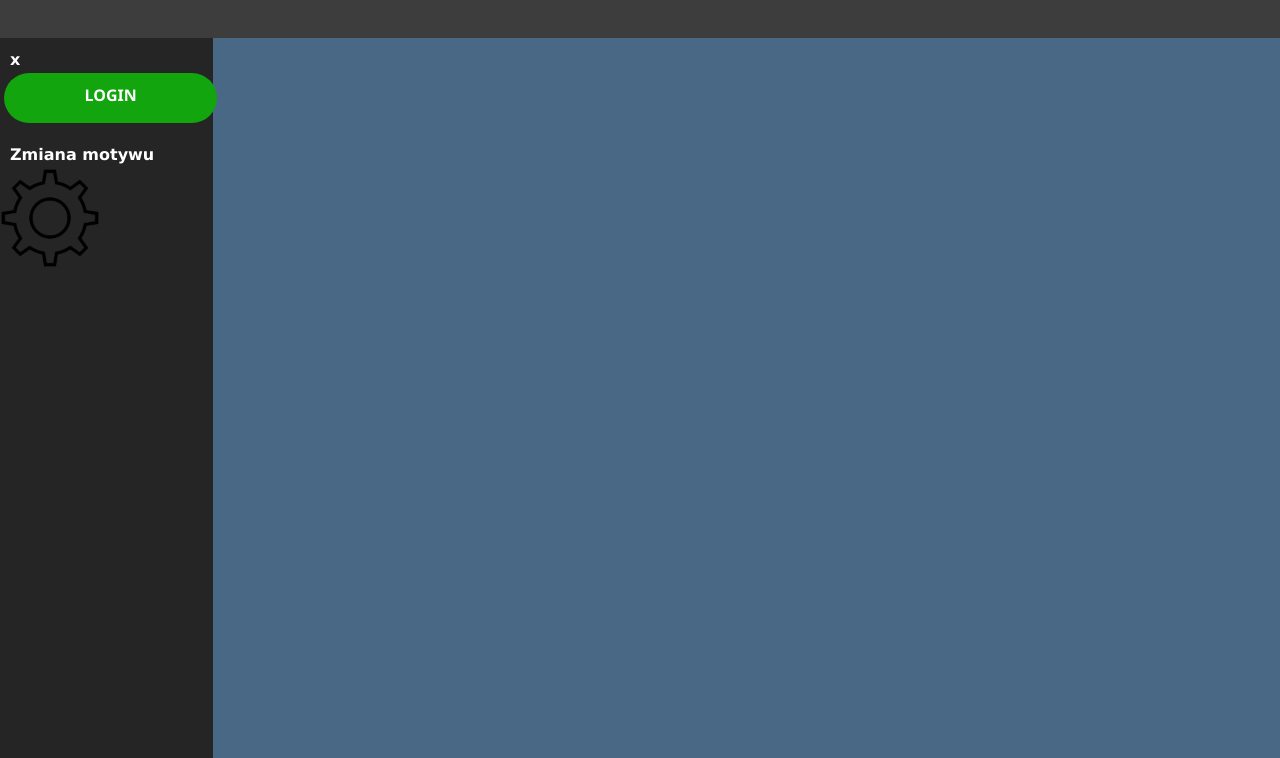
Repository: K4ziWolf/kazi
Page: /, after clicking the first element matching `button.btn`
An editor plug-in stored every save of this project. The page is shown before and after the next save, followed by the edit.
The browser window is 1280 px wide. The pictures show the whole page.
The project was rebuilt for these pictures with package versions that can differ from the ones it lists, and the page was loaded fresh each time. Also part of the build but not shown: vue.config.js, src/components/login_screen.vue, src/components/option_screen.vue.

Above is the page before, as saved 2023-10-20 22:37:54.

### src/App.vue
<template>
<body>
  <section>
  <div id="container" class="col-md-12">
    <div class="d-flex flex-column text-white" style="background-color: rgb(61, 61, 61) ">
    <div class="x-btn">
      <button class="btn btn-outline-secondary" v-bind:class="open_menu_button " @click="showMenuScreen" >
        Pokaż menu
      </button>
      <menu_screen v-if="isMenuScreenVisible" @hide-menu-screen="hideMenuScreen" @show-login-screen="showLoginScreen" @change-theme="changeTheme" @option-open="optionOpener">
      </menu_screen>

    <div> <!--menu_scree i login_screen odpowiedzialne są za pokazywanie się tych komponentów-->
      <login_screen v-if="isLoginScreenVisible" @hide-login-screen="hideLoginScreen">
      </login_screen>
    </div>
    <option_screen v-if="isOptionScreenVisible" @hide-option-screen="HideOptionScreen">
      </option_screen>
  </div>
  </div>
  </div>
  </section>
</body>
</template>

<script>
import menu_screen from './components/menu_screen.vue';
import login_screen from './components/login_screen.vue';
import option_screen from './components/option_screen.vue';
export default {
  components: {
    menu_screen,
    login_screen,
    option_screen,
  },
  data() {
    return {
      open_menu_button: "show",
      open_login_button: "show",
      isLoginScreenVisible: false,
      isMenuScreenVisible: false,
      changecolor:0,
      isOptionScreenVisible: false,
    };
  },
  methods: {
    optionOpener(){
      this.isOptionScreenVisible = true;
    },
    HideOptionScreen(){
      setTimeout(() => {
      this.isOptionScreenVisible = false;
      }, 1000);
    },
    changeTheme() {
        this.changecolor += 1;
      if (this.changecolor % 2 === 0) {
        document.body.style.backgroundColor = 'blue';
      } else {
        document.body.style.backgroundColor = 'red';
      }
    },
    showMenuScreen() { //funkcja pokazująca menu
      this.isMenuScreenVisible = true;
      this.open_menu_button = "hidden";
      this.open_login_button = "show";
    },
    hideMenuScreen() {
      setTimeout(() => { //timeout aby animacja była płynna
        this.open_menu_button = "show";
        this.isMenuScreenVisible = false;
      }, 1200);
    },
    showLoginScreen() {
      this.isLoginScreenVisible = true;
      setTimeout(() => {
      this.isMenuScreenVisible = false;
      }, 1000);
    },
    hideLoginScreen() {
      setTimeout(() => {
        this.open_login_button = "show";
        this.open_menu_button ='show'
        this.isLoginScreenVisible = false;
      }, 1500);
    },
  },
};
</script>

<style>
@import '/src/style.css';

#app {
  font-family: Avenir, Helvetica, Arial, sans-serif;
  -webkit-font-smoothing: antialiased;
  -moz-osx-font-smoothing: grayscale;
  text-align: center;
  color: #2c3e50;
}
.show {
  opacity: 1;
  animation: show_button 0.4s;
}
@keyframes show_button {
  from {
    opacity: 0;
  }
  to {
    opacity: 1;
  }
}
.hidden {
  animation: hide_button 0.4s;
  opacity: 0;
}
@keyframes hide_button {
  from {
    opacity: 1;
  }
  to {
    opacity: 0;
  }
}
body { /*testy moje do zmiany */
  height: 100%;
  width: 100%;
  background-color: rgb(127, 247, 207);
}
.x-btn {
  background-color: rgb(61, 61, 61);

}
.xd-btn {
  text-decoration: none;
  border: none;
  font-family: Verdana, Geneva, Tahoma, sans-serif;
  background-color: #2c3e50;
  border-bottom-left-radius: 25px;
  border-bottom-right-radius: 25px;
  color: white;
  font-weight: bolder;

}
html {
  background-color: #496886;
}
</style>

### src/style.css
template {
    background-color: aqua;
}

### src/components/menu_screen.vue
<template>
     <div class="holder-ten1 col-sm-2" id="menu_holder" :class="menu_box_show">
    <div class="pole-exit-btn" id="Exit_menu_button">
      <button class="exit-baton" id="menu_exit_button" @click="hideMenuScreen">
        x
      </button>
      <button class="baton" id="poka-login" v-bind:class="open_login_button" @click="showLoginScreen">
        LOGIN
      </button>
      <button id="change_theme_btn" v-bind:class="change_theme_btn" @click="changeTheme">
        Zmiana motywu
      </button>
      <div id="gear_icon_box">
        <img
          v-bind:class="open_option_button"
          src="../assets/gear_icon.png"
          alt="Gear Icon"
          @mouseenter="openOptionButtonEnter"
          @mouseleave="openOptionButtonLeave"
          @click="open_options"
        />
      </div>
    </div>
  </div>
  </template>

  <script>
  export default {
    data() {
      return {
        menu_box_show: "show",
        open_option_button: "unanimated",
        change_theme_btn:"bright",
      };
    },
    methods: {
      open_options(){
        this.$emit('option-open');

      },
      changeTheme() {
        if (this.change_theme_btn === 'dark') {
          this.change_theme_btn = 'bright';
        } else {
          this.change_theme_btn = 'dark';
        }
          this.$emit('change-theme');
      },
      hideMenuScreen() {
        this.$emit('hide-menu-screen');
        this.menu_box_show = "hide";
      }, //emit to event, czyli wysłanie do komponenta rodzica komendy wywołania funckji w tym przypadku hideMenuScreen
      showLoginScreen() {
        this.menu_box_show = "hide";
        setTimeout(() => {
          this.$emit('show-Login-Screen');
        }, 200); //opóźnienie dla dobra animacji chyba tak mi się wydaje dawno temu to pisałem
      },
      openOptionButtonEnter() {
        this.open_option_button = "animated";
      },
      openOptionButtonLeave(){
        this.open_option_button = "unanimated";
      },
    },
  };
  </script>
  <style scoped>  /* scoped dotyczy tylko tego dokumentu */
.show {
  animation: show_animation 1s ease-in-out;
}
button{
  padding-top: 10px;
  margin-left: 4px;
  margin-right: 4px;
}
@keyframes show_animation {
  from {
    opacity: 0;
    transform: translate3d(-40%, 0, 0);
  }
  to {
    opacity: 1;
    transform: translate3d(0, 0, 0);
  }
}

.hide {
  opacity: 0;
  animation: hide_animation 1s ease-in-out;
}

@keyframes hide_animation {
  from {
    opacity: 1;
    transform: translate3d(0, 0, 0);
  }
  to {
    opacity: 0;
    transform: translate3d(-40%, 0, 0);
  }
}

#menu_holder {
  background-color: rgb(37, 37, 37) !important;
  position: absolute;
  height: 100vh; /* Ustawienie na 100% wysokości strony */
  display: grid;
  grid-template-columns: 1fr; /* Pasek będzie miał tylko jedną kolumnę */
  gap: 0px;
  grid-template-areas: "Exit_menu_button" "poka-login" "change_theme_btn" "gear_icon_box";
}

.baton {
  background-color: rgb(18, 165, 13);
  display: inline-grid;
  text-decoration: none;
  width: 100%; /* Rozciągnij przycisk na 100% szerokości kontenera */
  height: 50px;
  border-radius: 25px;
  text-align: center;
  font-family: 'Segoe UI', Tahoma, Geneva, Verdana, sans-serif;
  border: none;
  color: white;
  font-weight: bold;
  margin-bottom: 10px; /* Dodaj odstęp między przyciskami */
}

.exit-baton {
  border: none;
  background-color: transparent;
  display: grid;
  font-family: Verdana, Geneva, Tahoma, sans-serif;
  font-weight: bold;
  color: white;
}

  holder-ten1 {
    background-color: rgb(37, 37, 37);
  }
  pole-exit-btn {
    background-color: rgb(37, 37, 37);
  }
  .dark{
    color: rgb(37, 37, 37) !important;
  }
  .bright{

    color: white;
  }
  #gear_icon_box img {
    max-width: 100px;
    cursor: pointer;
  }
  .unanimated{
  animation: back_spin 0.5s;
}
  .animated{
    animation: spin 5s linear infinite;
  }
  @keyframes spin {
  from {
    transform: rotate(0deg);
  }
  to {
    transform: rotate(360deg);
  }
}
@keyframes back_spin {
  from {
    transform: rotate(360deg);
  }
  to {
    transform: rotate(0deg);
  }
 }
 #gear_icon_box {
    height: 30px;
    width: 30px;
    border: none;
    background-color: transparent;
    display: grid;
    font-family: Verdana, Geneva, Tahoma, sans-serif;
    font-weight: bold;
    grid-area: gear_icon_box;
}
  #change_theme_btn{
    border: none;
    background-color: transparent;
    display: grid;

    font-family:Verdana, Geneva, Tahoma, sans-serif;
    font-weight: bold;
    grid-area: change_theme_btn;
   }
  </style>

Loaded but not shown: public/index.html (common file); src/main.js (common file)

After the next save:
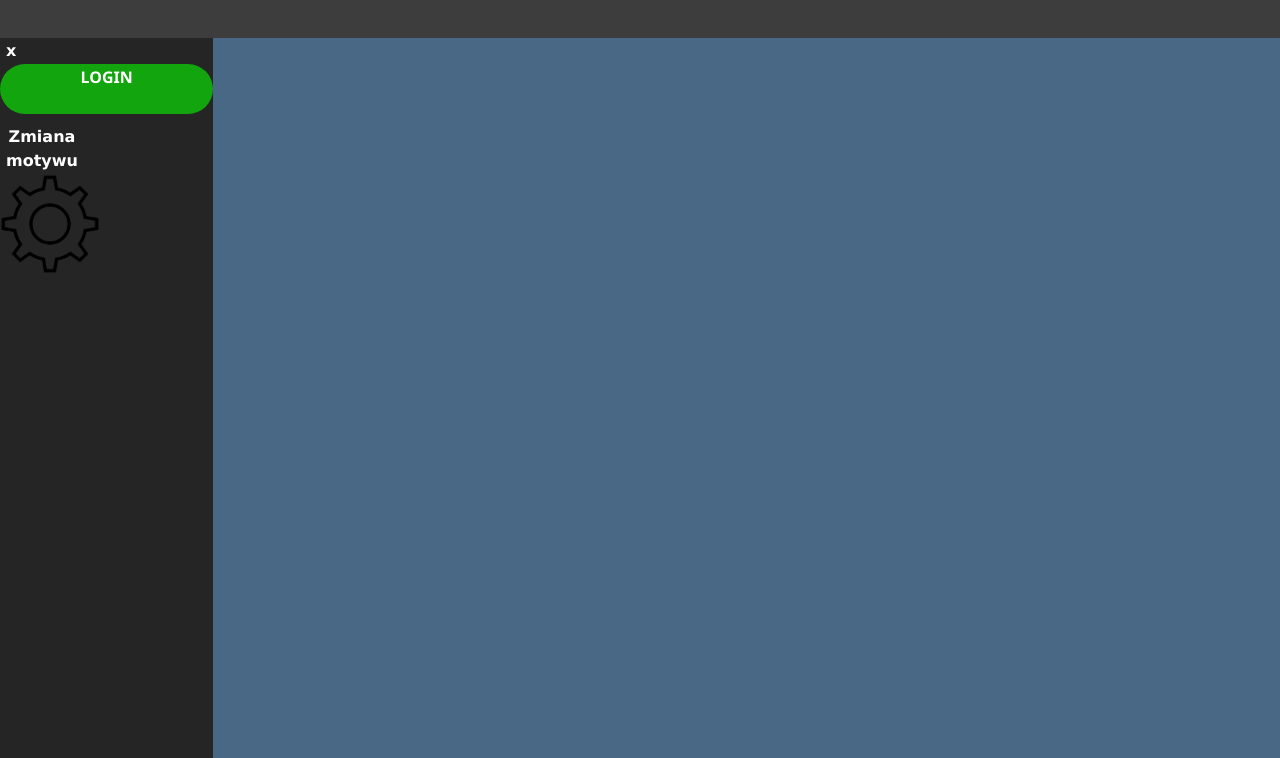
Saved 13 s later.
--- a/src/components/menu_screen.vue
+++ b/src/components/menu_screen.vue
@@ -70,9 +70,7 @@
   animation: show_animation 1s ease-in-out;
 }
 button{
-  padding-top: 10px;
-  margin-left: 4px;
-  margin-right: 4px;
+  width: 10px;
 }
 @keyframes show_animation {
   from {
